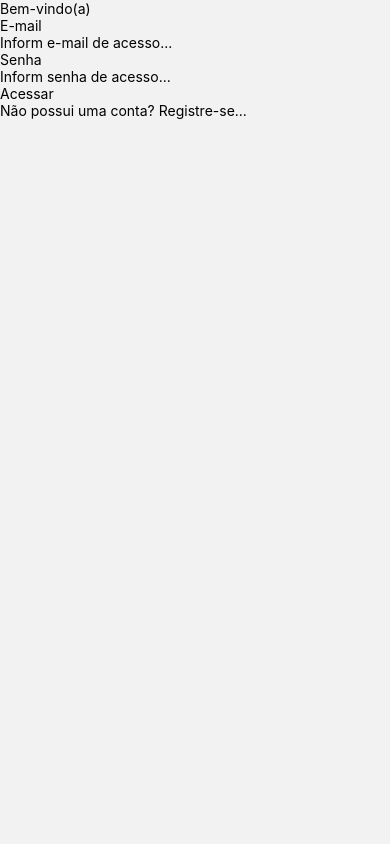
Repository: anacleto-caua/flavio_finance_clean
Page: /
These files come from the project's save history. The page is drawn as it stood at one moment and after a run of saves; the edit follows.
The browser window is 390 px wide. The pictures show the whole page.
The app was drawn by React Native's web renderer in a window 390 px wide. The project was rebuilt for these pictures with package versions that can differ from the ones it lists, and the page was loaded fresh each time. Also part of the build but not shown: src/pages/Welcome/index.js.

Above is the page before, as saved 2024-03-12 19:49:46.

After the next 2 saves:
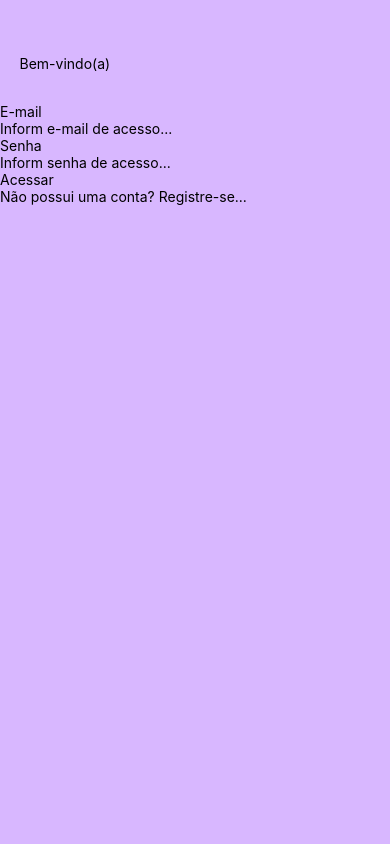
The 2 saves are shown as one change because 1 did not build or start.
The last was saved 72 s later.
--- a/src/pages/SignIn/index.js
+++ b/src/pages/SignIn/index.js
@@ -52,6 +52,13 @@ export default function SignIn() {
 const styles = StyleSheet.create({
   container: {
     flex: 1,
-    backgroundColor: "#"
-  }
+    backgroundColor: "#d8b7ff",
+  },
+
+  containerHeader: {
+    marginTop: '14%',
+    marginBottom: '8%',
+    paddingStart: '5%',
+  },
+
 })
